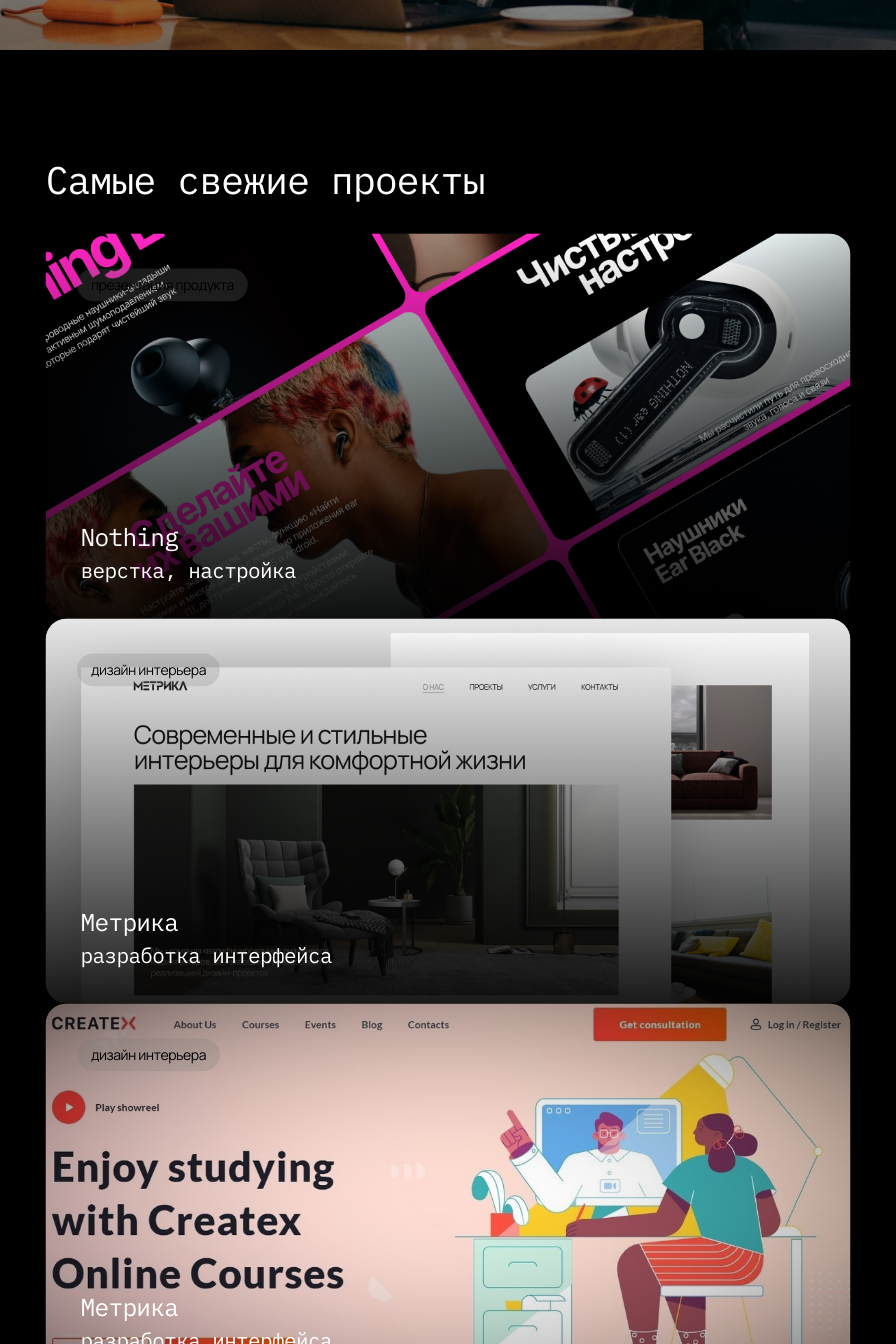
Repository: Huseynov98/portfolio-site
Page: index.html
These files come from the project's save history. The page is drawn as it stood at one moment and after the next save; the edit follows.
The browser window is 1280 px wide. The pictures show the part of the page from y = 649 to 2569 px (the page is 6927 px tall), at 70% of full size.
A picture or video elsewhere on the page could not be fetched, so the positions and the page height are approximate.

Above is the page before, as saved 2023-06-24 14:39:02.

After the next save:
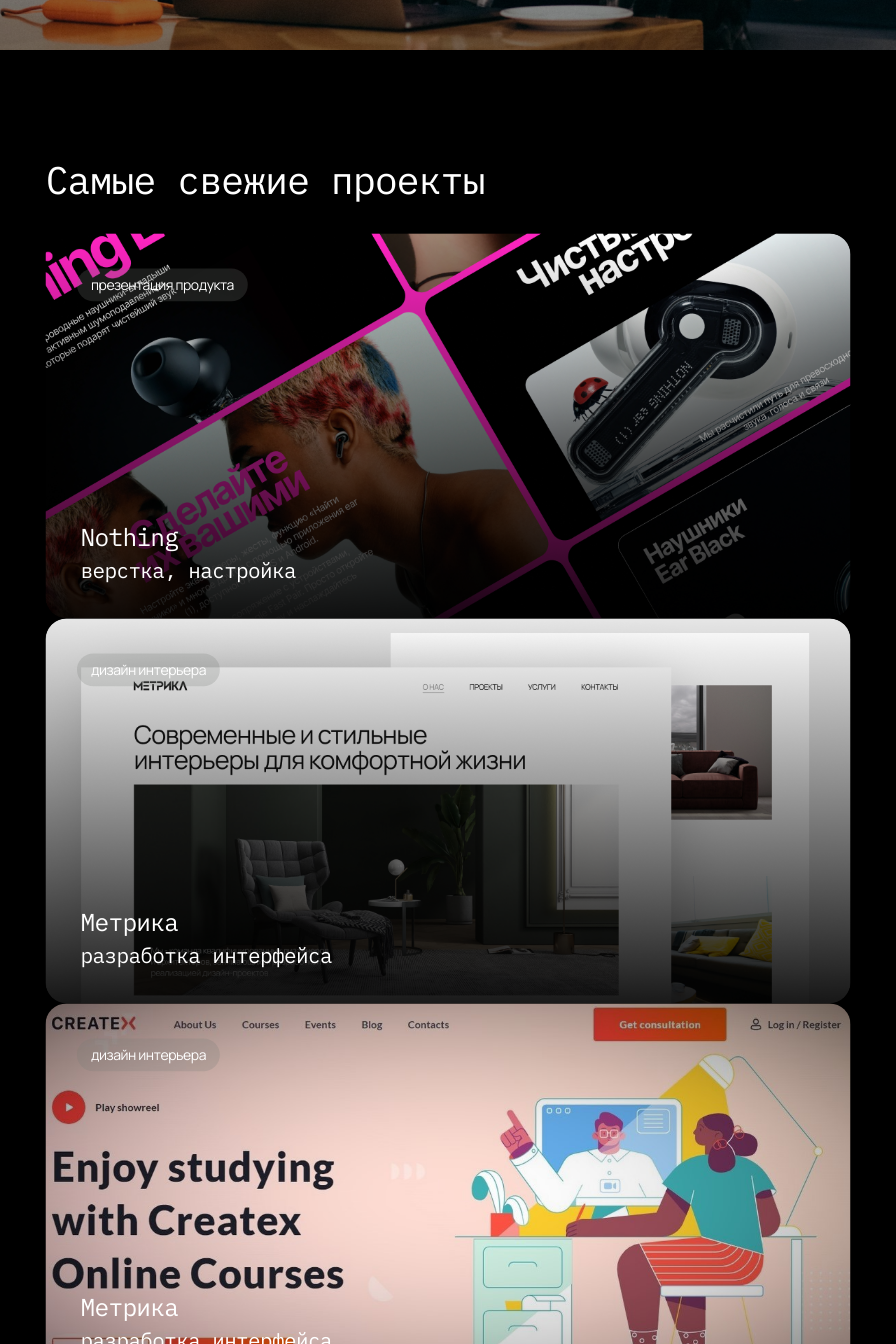
Saved 16 s later.
--- a/styles/portfolio.css
+++ b/styles/portfolio.css
@@ -72,7 +72,7 @@
   font-size: 20px;
   line-height: 27px;
   letter-spacing: -0.03em;
-  color: #000000;
+  color: #fff;
   top: 50px;
   left: 45px;
   z-index: 100;
